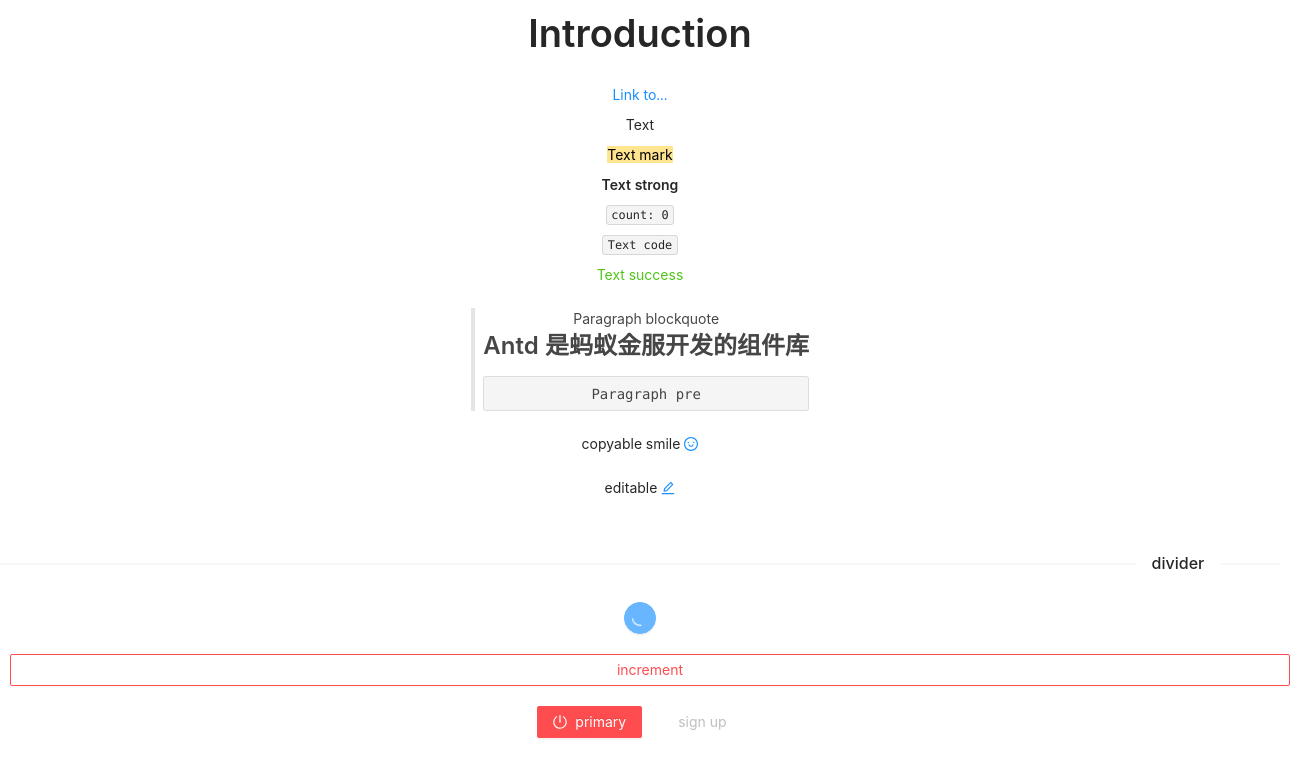
Repository: ErosHai/antd-demo
Page: /
An editor plug-in stored every save of this project. The page is shown before and after the next save, followed by the edit.
The browser window is 1280 px wide. The page is 1300 px wide, so the pictures cover 1300 px, including what lies to the right of the window. The pictures show the whole page.
The project was rebuilt for these pictures with package versions that can differ from the ones it lists, and the page was loaded fresh each time.

Above is the page before, as saved 2022-04-12 16:25:36.

After the next save:
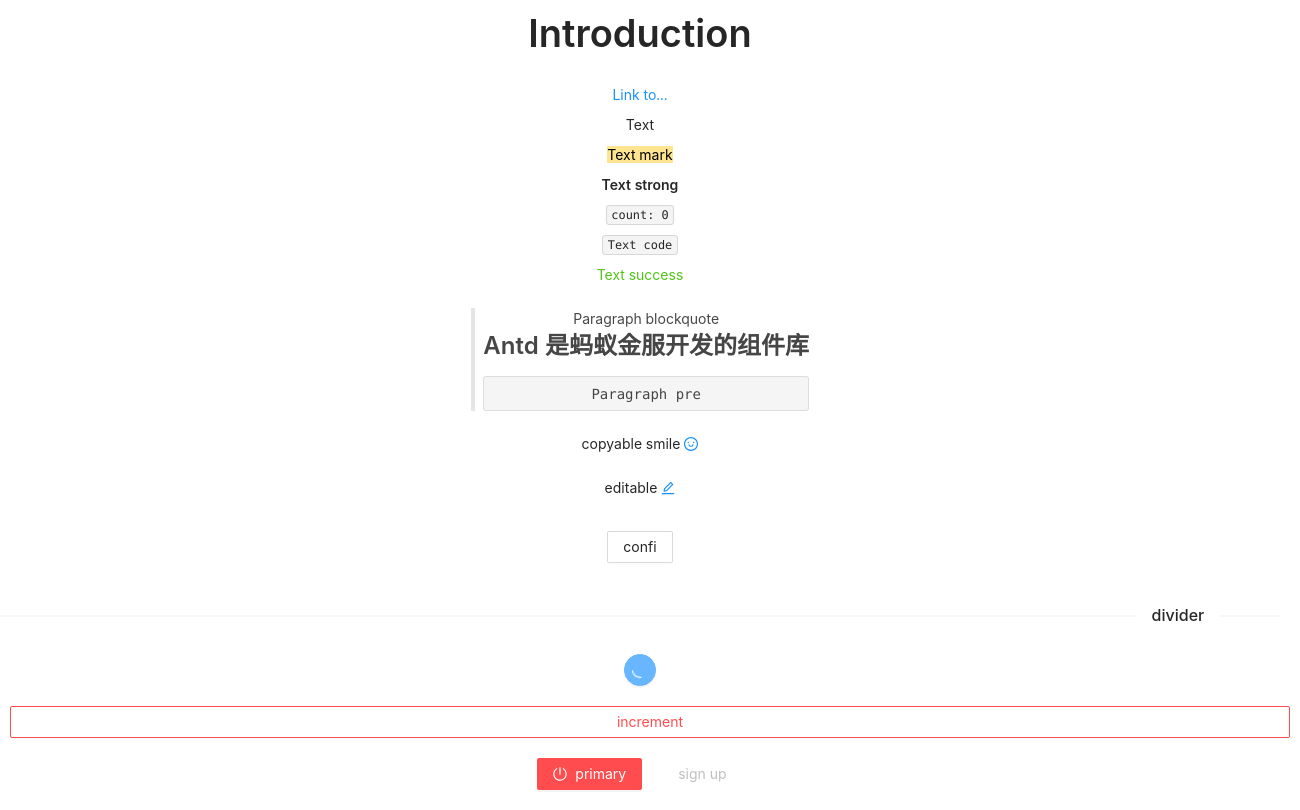
Saved 19 s later.
--- a/src/App.js
+++ b/src/App.js
@@ -44,7 +44,9 @@ function App() {
 				<Paragraph editable={{ onchange: setEditableStr }}>
 					{editableStr}
 				</Paragraph>
-				<Paragraph title="Are you sure"></Paragraph>
+				<Paragraph title="Are you sure">
+					<Button>confi</Button>
+				</Paragraph>
 			</Space>
 
 			<Divider orientation="right">divider</Divider>
